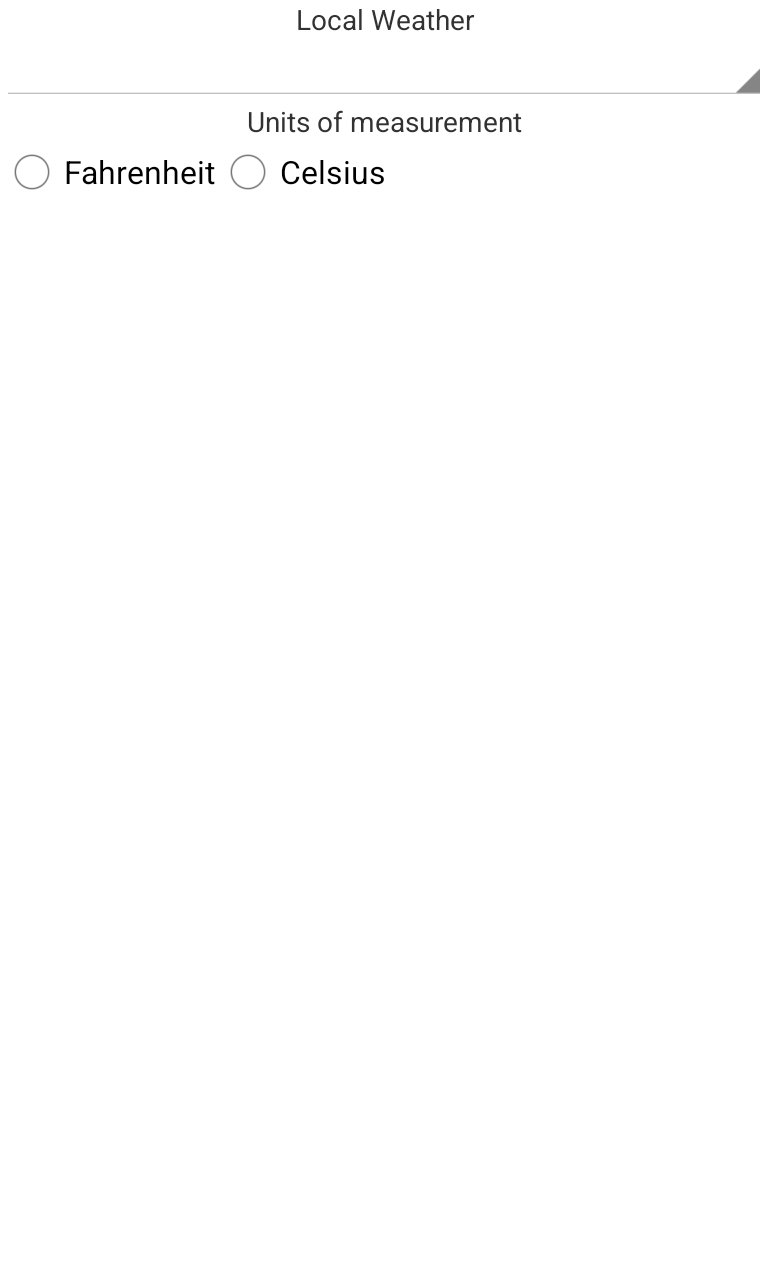
Repository: efreestone/Java1
Layout: Java1Project4/res/layout/activity_main.xml
These files come from the project's save history. The layout is drawn as it stood at one moment and after the next save; the edit follows.
It is drawn on a 768 x 1280 px phone screen (xhdpi) without system bars, with theme AppTheme; the app's code is not run.

Above is the layout before, as saved 2014-03-25 20:29:34.

After the next save:
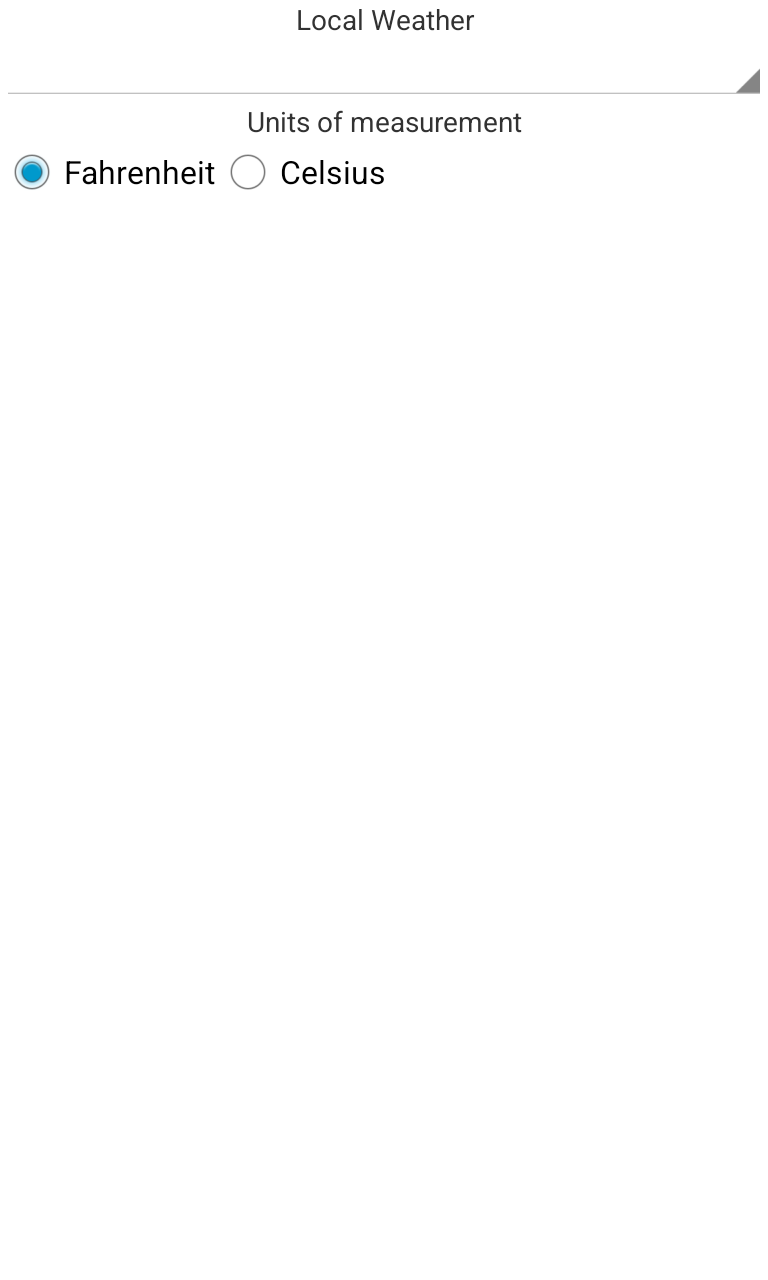
Saved 111 s later.
--- a/Java1Project4/res/layout/activity_main.xml
+++ b/Java1Project4/res/layout/activity_main.xml
@@ -44,13 +44,14 @@
                 android:id="@+id/fahrenheitRadio"
                 android:layout_width="match_parent"
                 android:layout_height="wrap_content"
-                android:text="@string/fahrenheitString" />
+                android:text="@string/fahrenheitString"
+                android:checked="true"/>
 
             <RadioButton
                 android:id="@+id/celsiusRadio"
                 android:layout_width="match_parent"
                 android:layout_height="wrap_content"
-                android:text="@string/celsiusString" />
+                android:text="@string/celsiusString"/>
         </RadioGroup>
 
     <!-- </LinearLayout> -->
